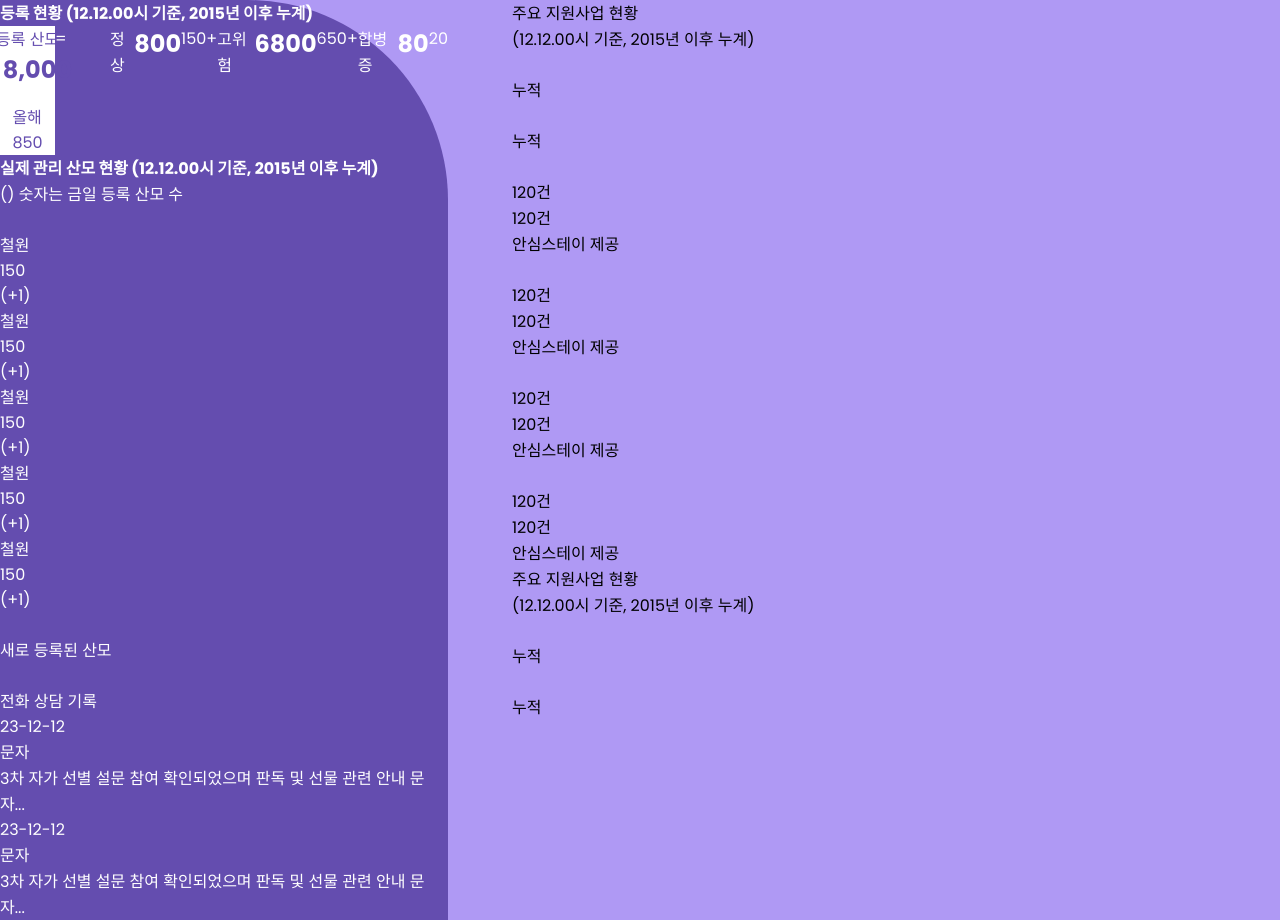
Repository: giapchicuong/Perganancy_Web
Page: index.html
An editor plug-in stored every save of this project. The page is shown before and after the next save, followed by the edit.
The browser window is 1280 px wide. The pictures show the whole page.

Above is the page before, as saved 2024-03-06 12:57:39.

### index.html
<!DOCTYPE html>
<html lang="en">

<head>
    <meta charset="UTF-8">
    <meta name="viewport" content="width=device-width, initial-scale=1.0">
    <title>Perganancy Web</title>
    <link rel="stylesheet" href="./assets/base.css">
    <link rel="stylesheet" href="./assets/style.css">
</head>

<body>
    <!-- .block -->
    <!-- .block__element -->
    <!-- .block__element--modifier -->
    <!-- card
    card__image
    card__description
    card__button--submit
    card__button--cancel -->
    <div class="app">
        <div class="main">
            <section class="advertising">
                <div class="advertising-left">
                    <div class="advertising-left__title">등록 현황 (12.12.00시 기준, 2015년 이후 누계)</div>
                    <div class="advertising-left__item-list">
                        <div class="advertising-left__item">
                            <div class="advertising-left__item--add">
                                <div class="advertising-left__item--white">
                                    <div class="advertising-left__item-title">등록 산모</div>
                                    <div class="advertising-left__item-desc">
                                        <div class="advertising-left__item-desc-text">누적</div>
                                        <div class="advertising-left__item-desc-number">8,000</div>
                                    </div>
                                </div>
                                <div class="advertising-left__item-bottom">
                                    <div class="advertising-left__item-bottom-text">올해</div>
                                    <div class="advertising-left__item-bottom-number">850</div>
                                </div>
                            </div>
                            <div class="calculation">=</div>
                        </div>
                        <div class="advertising-left__item">
                            <div class="advertising-left__item-title">정상</div>
                            <div class="advertising-left__item-desc">
                                <div class="advertising-left__item-desc-number">800</div>
                            </div>
                            <div class="advertising-left__item-bottom">
                                <div class="advertising-left__item-bottom-number">150</div>
                            </div>
                            <div class="calculation">+</div>
                        </div>
                        <div class="advertising-left__item">
                            <div class="advertising-left__item-title">고위험</div>
                            <div class="advertising-left__item-desc">
                                <div class="advertising-left__item-desc-number">6800</div>
                            </div>
                            <div class="advertising-left__item-bottom">
                                <div class="advertising-left__item-bottom-number">650</div>
                            </div>
                            <div class="calculation">+</div>
                        </div>
                        <div class="advertising-left__item">
                            <div class="advertising-left__item-title">합병증</div>
                            <div class="advertising-left__item-desc">
                                <div class="advertising-left__item-desc-number">80</div>
                            </div>
                            <div class="advertising-left__item-bottom">
                                <div class="advertising-left__item-bottom-number">20</div>
                            </div>
                        </div>
                    </div>
                    <div class="advertising-left__title">실제 관리 산모 현황 (12.12.00시 기준, 2015년 이후 누계)</div>
                    <div class="advertising-left__desc">() 숫자는 금일 등록 산모 수</div>
                    <div class="advertising-left__map">
                        <img src="" alt="" class="advertising-left__map-image">
                        <div class="advertising-left__map-item-list-top">
                            <div class="advertising-left__map-item">
                                <div class="advertising-left__map-item-title">철원</div>
                                <div class="advertising-left__map-item-number">150</div>
                                <div class="advertising-left__map-item-desc">(+1)</div>
                            </div>
                            <div class="advertising-left__map-item">
                                <div class="advertising-left__map-item-title">철원</div>
                                <div class="advertising-left__map-item-number">150</div>
                                <div class="advertising-left__map-item-desc">(+1)</div>
                            </div>
                        </div>
                        <div class="advertising-left__map-item-list-center">
                            <div class="advertising-left__map-item">
                                <div class="advertising-left__map-item-title">철원</div>
                                <div class="advertising-left__map-item-number">150</div>
                                <div class="advertising-left__map-item-desc">(+1)</div>
                            </div>
                            <div class="advertising-left__map-item">
                                <div class="advertising-left__map-item-title">철원</div>
                                <div class="advertising-left__map-item-number">150</div>
                                <div class="advertising-left__map-item-desc">(+1)</div>
                            </div>
                        </div>
                        <div class="advertising-left__map-item-list-botom">
                            <div class="advertising-left__map-item">
                                <div class="advertising-left__map-item-title">철원</div>
                                <div class="advertising-left__map-item-number">150</div>
                                <div class="advertising-left__map-item-desc">(+1)</div>
                            </div>
                        </div>
                    </div>
                    <div class="advertising-left__box">
                        <div class="advertising-left__box-title">
                            <img src="" alt="" class="advertising-left__box-title-icon">
                            <div class="advertising-left__box-title-text">새로 등록된 산모</div>
                        </div>
                        <div class="advertising-left__box-message-list">
                            <div class="advertising-left__box-message-item">
                                <div class="advertising-left__box-message-item-date"></div>
                                <div class="advertising-left__box-message-item-text"></div>
                            </div>
                        </div>
                    </div>
                    <div class="advertising-left__box">
                        <div class="advertising-left__box-title">
                            <img src="" alt="" class="advertising-left__box-title-icon">
                            <div class="advertising-left__box-title-text">전화 상담 기록</div>
                        </div>
                        <div class="advertising-left__box-message-list">
                            <div class="advertising-left__box-message-item">
                                <div class="advertising-left__box-message-item-date">23-12-12</div>
                                <div class="advertising-left__box-message-item-name">문자</div>
                                <div class="advertising-left__box-message-item-text">3차 자가 선별 설문 참여 확인되었으며 판독 및 선물 관련 안내
                                    문자...</div>
                            </div>
                            <div class="advertising-left__box-message-item">
                                <div class="advertising-left__box-message-item-date">23-12-12</div>
                                <div class="advertising-left__box-message-item-name">문자</div>
                                <div class="advertising-left__box-message-item-text">3차 자가 선별 설문 참여 확인되었으며 판독 및 선물 관련 안내
                                    문자...</div>
                            </div>
                        </div>
                    </div>
                </div>
                <div class="advertising-right">
                    <div class="advertising-right-item">
                        <div class="advertising-right-item-top">
                            <div class="advertising-right-item-top-left">
                                <div class="advertising-right-item-top__title">주요 지원사업 현황</div>
                                <div class="advertising-right-item-top__desc">(12.12.00시 기준, 2015년 이후 누계)</div>
                            </div>
                            <div class="advertising-right-item-top-right">
                                <div class="advertising-right-item-top-item">
                                    <img src="" alt="" class="advertising-right-item-top-item__icon">
                                    <div class="advertising-right-item-top-item__text">누적</div>
                                </div>
                                <div class="advertising-right-item-top-item">
                                    <img src="" alt="" class="advertising-right-item-top-item__icon">
                                    <div class="advertising-right-item-top-item__text">누적</div>
                                </div>
                            </div>
                        </div>
                        <div class="advertising-right-item-card-list">
                            <div class="advertising-right-item-card">
                                <div class="advertising-right-item-card-provide">
                                    <img src="" alt="" class="advertising-right-item-card__image">
                                    <div class="advertising-right-item-card__image-number">
                                        <div class="advertising-right-item-card__image-number-large">120건</div>
                                        <div class="advertising-right-item-card__image-number-small">120건</div>
                                    </div>
                                </div>
                                <div class="advertising-right-item-card-content">안심스테이 제공</div>
                            </div>
                            <div class="advertising-right-item-card">
                                <div class="advertising-right-item-card-provide">
                                    <img src="" alt="" class="advertising-right-item-card__image">
                                    <div class="advertising-right-item-card__image-number">
                                        <div class="advertising-right-item-card__image-number-large">120건</div>
                                        <div class="advertising-right-item-card__image-number-small">120건</div>
                                    </div>
                                </div>
                                <div class="advertising-right-item-card-content">안심스테이 제공</div>
                            </div>
                            <div class="advertising-right-item-card">
                                <div class="advertising-right-item-card-provide">
                                    <img src="" alt="" class="advertising-right-item-card__image">
                                    <div class="advertising-right-item-card__image-number">
                                        <div class="advertising-right-item-card__image-number-large">120건</div>
                                        <div class="advertising-right-item-card__image-number-small">120건</div>
                                    </div>
                                </div>
                                <div class="advertising-right-item-card-content">안심스테이 제공</div>
                            </div>
                            <div class="advertising-right-item-card">
                                <div class="advertising-right-item-card-provide">
                                    <img src="" alt="" class="advertising-right-item-card__image">
                                    <div class="advertising-right-item-card__image-number">
                                        <div class="advertising-right-item-card__image-number-large">120건</div>
                                        <div class="advertising-right-item-card__image-number-small">120건</div>
                                    </div>
                                </div>
                                <div class="advertising-right-item-card-content">안심스테이 제공</div>
                            </div>
                        </div>
                    </div>
                    <div class="advertising-right-item">
                        <div class="advertising-right-item-top">
                            <div class="advertising-right-item-top-left">
                                <div class="advertising-right-item-top__title">주요 지원사업 현황</div>
                                <div class="advertising-right-item-top__desc">(12.12.00시 기준, 2015년 이후 누계)</div>
                            </div>
                            <div class="advertising-right-item-top-right">
                                <div class="advertising-right-item-top-item">
                                    <img src="" alt="" class="advertising-right-item-top-item__icon">
                                    <div class="advertising-right-item-top-item__text">누적</div>
                                </div>
                                <div class="advertising-right-item-top-item">
                                    <img src="" alt="" class="advertising-right-item-top-item__icon">
                                    <div class="advertising-right-item-top-item__text">누적</div>
                                </div>
                            </div>
                        </div>
                        <div class="advertising-right-item__btn-list">
                            <div class="advertising-right-item__btn-item">
                                <div class="advertising-right-item__btn">
                                    <img src="" alt="" class="advertising-right-item__btn-icon" />
                                    <div class="advertising-right-item__btn-text"></div>
                                    <div class="advertising-right-item__btn-notification"></div>
                                </div>
                                <div class="advertising-right-item__btn-content"></div>
                            </div>
                            <div class="advertising-right-item__btn-item">
                                <div class="advertising-right-item__btn">
                                    <img src="" alt="" class="advertising-right-item__btn-icon" />
                                    <div class="advertising-right-item__btn-text"></div>
                                    <div class="advertising-right-item__btn-notification"></div>
                                </div>
                                <div class="advertising-right-item__btn-content"></div>
                            </div>
                            <div class="advertising-right-item__btn-item">
                                <div class="advertising-right-item__btn">
                                    <img src="" alt="" class="advertising-right-item__btn-icon" />
                                    <div class="advertising-right-item__btn-text"></div>
                                    <div class="advertising-right-item__btn-notification"></div>
                                </div>
                                <div class="advertising-right-item__btn-content"></div>
                            </div>
                            <div class="advertising-right-item__btn-item">
                                <div class="advertising-right-item__btn">
                                    <img src="" alt="" class="advertising-right-item__btn-icon" />
                                    <div class="advertising-right-item__btn-text"></div>
                                    <div class="advertising-right-item__btn-notification"></div>
                                </div>
                                <div class="advertising-right-item__btn-content"></div>
                            </div>
                        </div>
                    </div>
                    <div class="advertising-right-item">
                        <div class="advertising-right-item-left">
                            <div class="advertising-right-item-left-text">
                                <div class="advertising-right-item-left__title"></div>
                                <div class="advertising-right-item-desc"></div>
                            </div>
                            <div class="advertising-right-item-number"></div>
                        </div>
                        <div class="advertising-right-item-right">

                        </div>
                    </div>
                    <div class="advertising-right-item">
                        <div class="advertising-right-item-message-list">
                            <div class="advertising-right-item-message-item">
                                <div class="advertising-right-item-message-text">
                                    <div class="advertising-right-item-message__title"></div>
                                    <div class="advertising-right-item-message__desc"></div>
                                </div>
                                <div class="advertising-right-item-message-number">
                                    <div class="advertising-right-item-message-number-icon"></div>
                                    <div class="advertising-right-item-message-number-text"></div>
                                    <div class="advertising-right-item-message-number-case"></div>
                                </div>
                            </div>
                            <div class="advertising-right-item-message-item">
                                <div class="advertising-right-item-message-text">
                                    <div class="advertising-right-item-message__title"></div>
                                    <div class="advertising-right-item-message__desc"></div>
                                </div>
                                <div class="advertising-right-item-message-number">
                                    <div class="advertising-right-item-message-number-icon"></div>
                                    <div class="advertising-right-item-message-number-text"></div>
                                    <div class="advertising-right-item-message-number-case"></div>
                                </div>
                            </div>
                        </div>
                    </div>
                </div>
            </section>
        </div>
    </div>
</body>

</html>

### assets/base.css
@import url('https://fonts.googleapis.com/css2?family=Poppins:ital,wght@0,100;0,200;0,300;0,400;0,500;0,600;0,700;0,800;0,900;1,100;1,200; 1.300;1.400;1.500;1.600;1.700;1.800;1.900&display=swap');

* {
    margin: 0;
    padding: 0;
    box-sizing: border-box;
    font-family: 'Poppins' , sans-serif;
    background-repeat: no-repeat;
    background-position: 40% ;
}
html, body {
    width: 100%;
    height: 100%;
    background-attachment: fixed;
    /* background-size: cover; */
}
:root {
    --primary: #644DAF;
    --secondary: #AF99F4;
    --purple: #E7E3FF;
    --lightPurple: #E6E6FA;
    --pink: #EF9C98;
    --white: #FFFFFF;
    --gray: #D8D8D8;
    --gray2: #EBEBEB;
    --gray3: #F4F4F4;
}

### assets/style.css
.advertising {
    display: flex;
    gap: 0% 5%;

}
.main {
    background-color: var(--secondary);
    height: 100%;
    background-size: cover;
}
.advertising-left {
    width: 35%;
    background-color: var(--primary);
    border-top-right-radius: 200px 200px;
    color: var(--white);
}
.advertising-left__title{
    font-weight: bold;

}
.advertising-left__item-list{
    display: flex;
}
.advertising-left__item{
    display: flex;
}
.advertising-left__item--add{
    display: flex;
    flex-direction: column;
    justify-content: center;
    align-items: center;
    width: 50%;
    background-color: var(--white);
    color: var(--primary)
}
.advertising-left__item--white{
    display: flex;
    flex-direction: column;
    justify-content: center;
    align-items: center;
}
.advertising-left__item{

}
.advertising-left__item-title{

}
.advertising-left__item-desc{
    display: flex;
    gap: 5px;
}
.advertising-left__item-desc-text{

}
.advertising-left__item-desc-number{
    font-size: 24px;
    font-weight: bold;
}

After the next save:
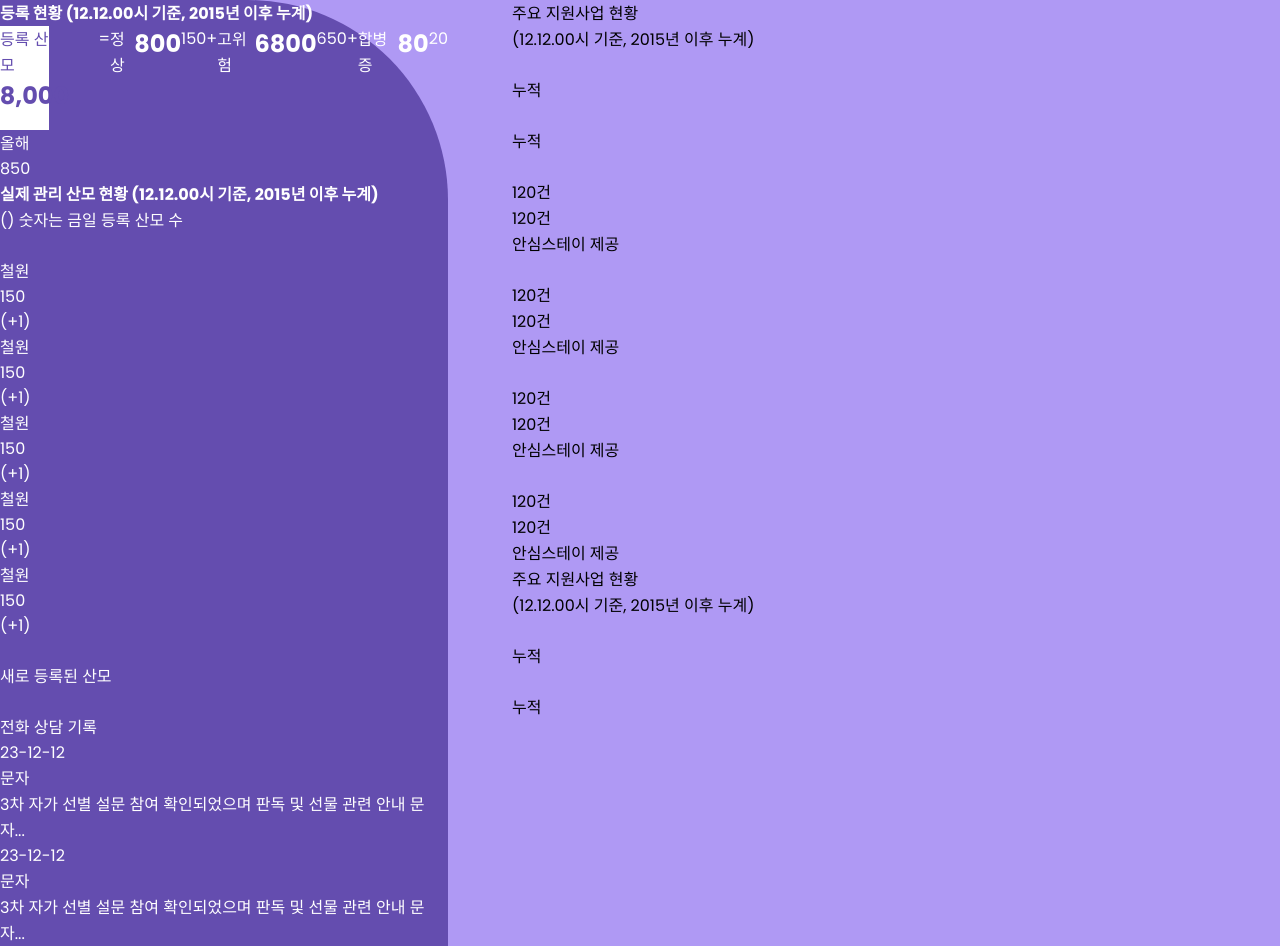
Saved 25 s later.
--- a/assets/style.css
+++ b/assets/style.css
@@ -27,17 +27,18 @@
 .advertising-left__item--add{
     display: flex;
     flex-direction: column;
-    justify-content: center;
-    align-items: center;
-    width: 50%;
-    background-color: var(--white);
-    color: var(--primary)
+
 }
 .advertising-left__item--white{
     display: flex;
     flex-direction: column;
     justify-content: center;
     align-items: center;
+    justify-content: center;
+    align-items: center;
+    width: 50%;
+    background-color: var(--white);
+    color: var(--primary)
 }
 .advertising-left__item{
 
